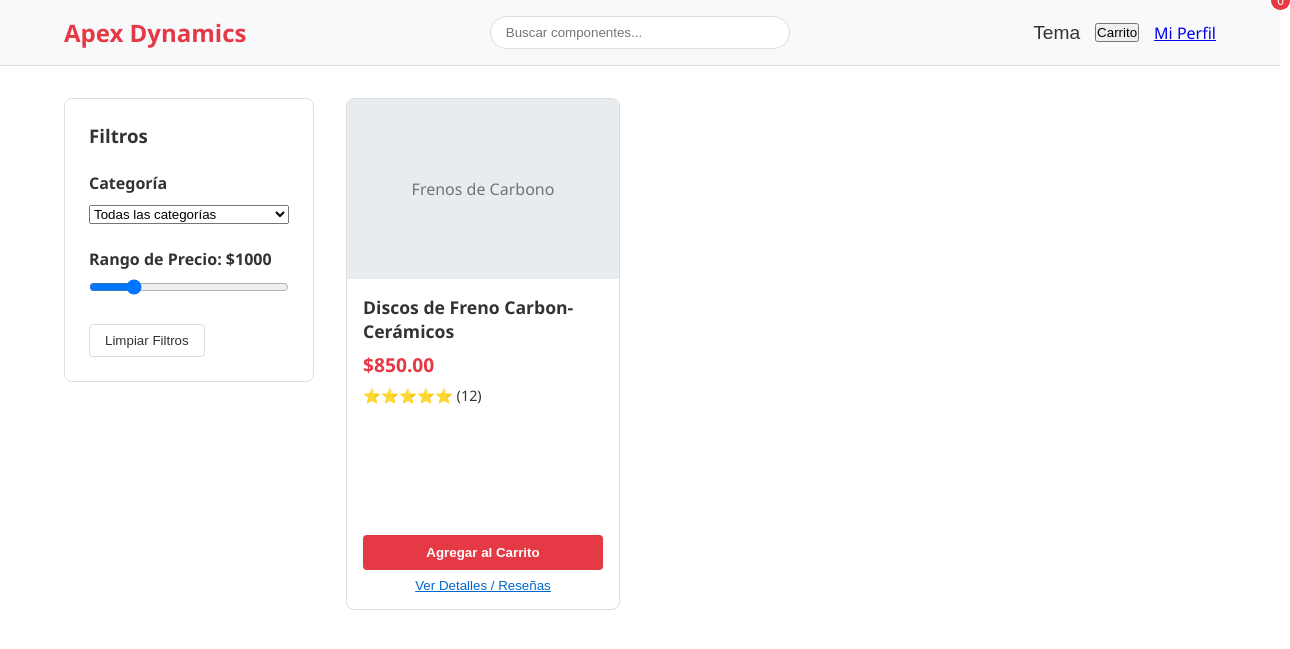
Repository: Niwrad774/Apex-Dynamics-Ecomerce
Page: html/cliente.html
The author's editor kept a copy of each file at every save. The page is drawn from the files as they stood at one save, then again after the next save.
The browser window is 1280 px wide. The page is 1290 px wide, so the pictures cover 1290 px, including what lies to the right of the window. The pictures show the whole page.

Above is the page before, as saved 2026-06-11 09:11:26.

After the next save:
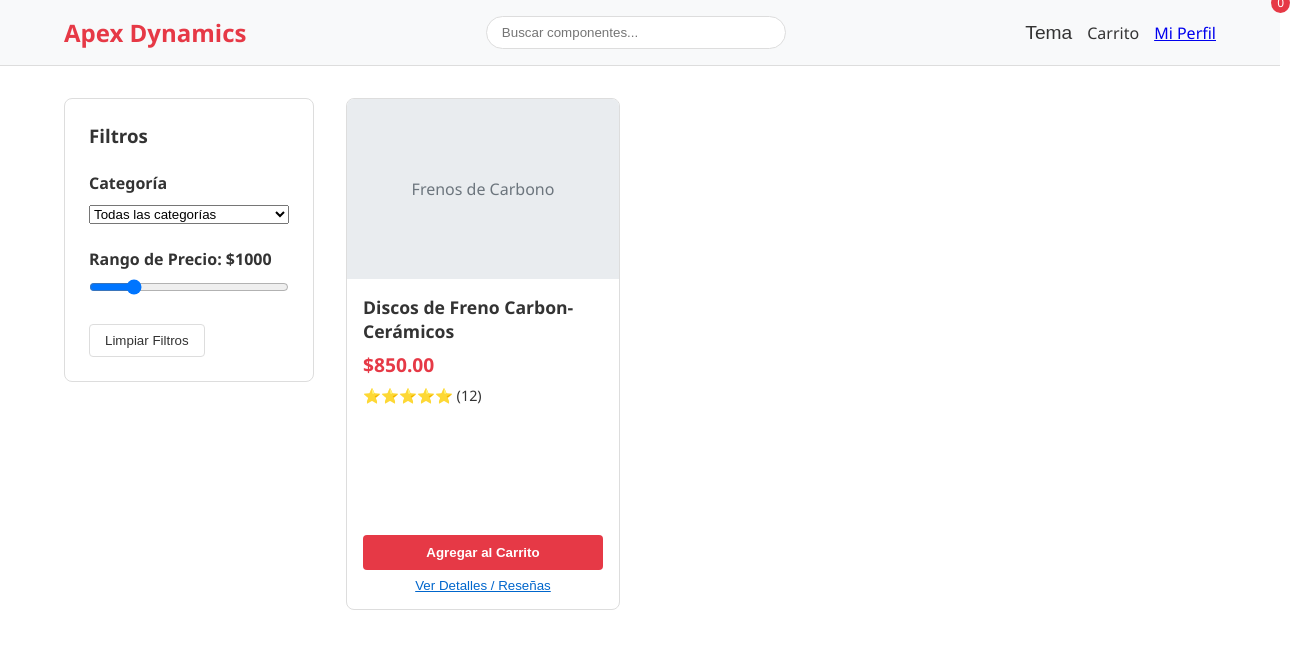
Saved 2 min 49 s later.
--- a/html/cliente.html
+++ b/html/cliente.html
@@ -14,7 +14,7 @@
         </div>
         <nav class="nav-actions">
             <button id="theme-toggle" class="btn-icon">Tema</button>
-            <button><span id="cart-count">0</span>Carrito</button>
+            <r><span id="cart-count">0</span>Carrito</r>
             <a href="#perfil" class="profile-link">Mi Perfil</a>
         </nav>
     </header>
